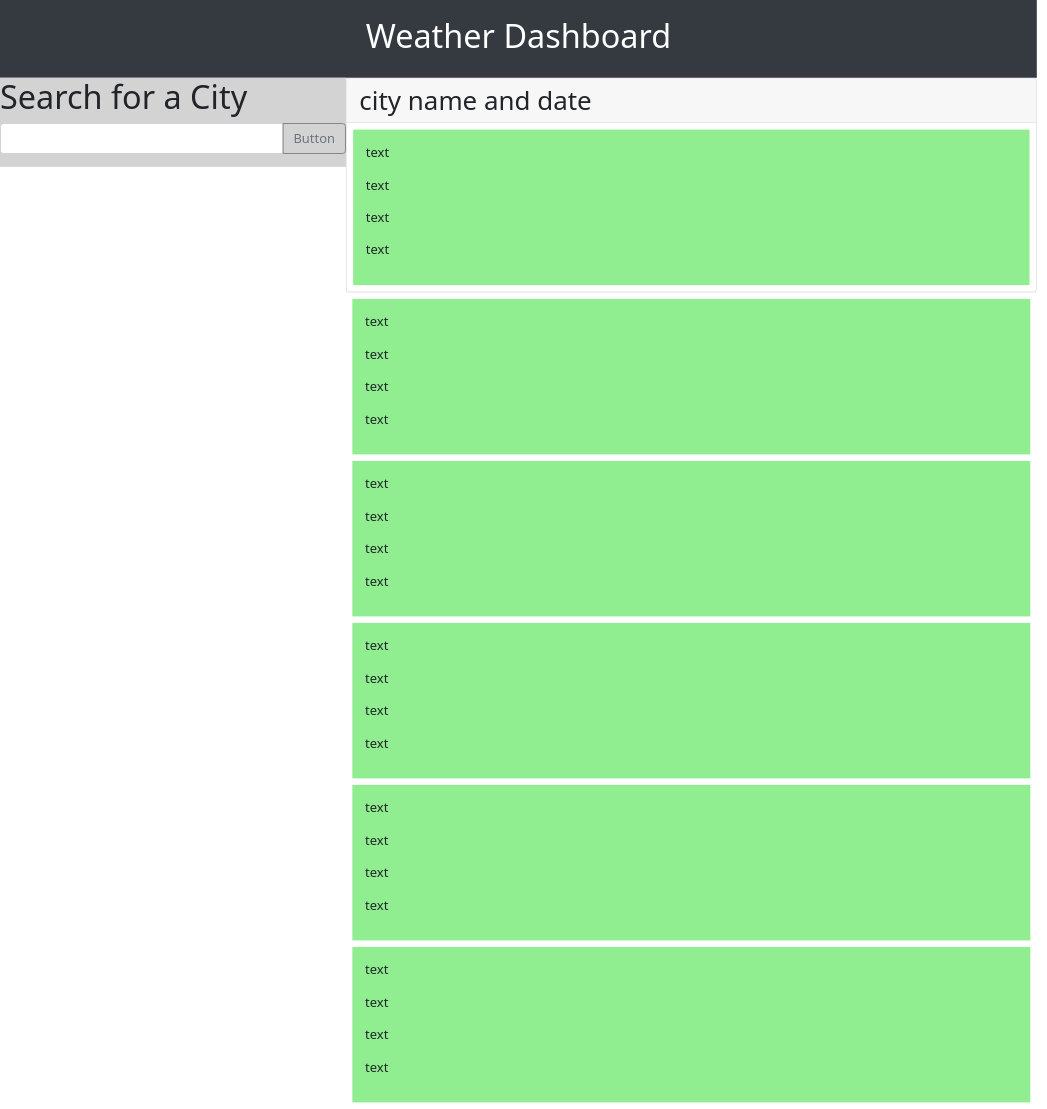
Repository: ziffoit/Weather_Dashboard
Page: index.html
An editor plug-in stored every save of this project. The page is shown before and after the next save, followed by the edit.
The browser window is 1280 px wide. The page is 1280 px wide, then 1292 px, then 1280 px, so the pictures cover 1292 px, including what lies to the right of the window. The pictures show the whole page, at 81% of full size.

Above is the page before, as saved 2021-03-25 15:03:50.

### index.html
<!DOCTYPE html>
<html lang="en">
  <head>
    <meta charset="UTF-8" />
    <meta name="viewport" content="width=device-width, initial-scale=1.0" />
    <link
      href="https://cdn.jsdelivr.net/npm/bootstrap@5.0.0-beta3/dist/css/bootstrap.min.css"
      rel="stylesheet"
      integrity="sha384-eOJMYsd53ii+scO/bJGFsiCZc+5NDVN2yr8+0RDqr0Ql0h+rP48ckxlpbzKgwra6"
      crossorigin="anonymous"
    />
    <link rel="stylesheet" href="./Assets/style.css" />
    <title>Document</title>
  </head>
  <body>
    <header id="header">
      <h1>Weather Dashboard</h1>
    </header>
    <aside class="col-md-4">
      <h1>Search for a City</h1>
      <div class="input-group mb-3">
        <input type="text" class="form-control" />
        <button
          class="btn btn-outline-secondary"
          type="button"
          id="button-addon2"
        >
          Button
        </button>
      </div>
      <div></div>
    </aside>
    <section class="col-lg-8" id="main">
        <div class="card">
          <h2 class="card-header">city name and date</h5>
          <div class="card-body">
            <p>text</p>
            <p>text</p>
            <p>text</p>
            <p>text</p>
          </div>
        </div>
        <section>
          <div class="card-body">
            <p>text</p>
            <p>text</p>
            <p>text</p>
            <p>text</p>
          </div>
          <div class="card-body">
            <p>text</p>
            <p>text</p>
            <p>text</p>
            <p>text</p>
          </div>
          <div class="card-body">
            <p>text</p>
            <p>text</p>
            <p>text</p>
            <p>text</p>
          </div>
          <div class="card-body">
            <p>text</p>
            <p>text</p>
            <p>text</p>
            <p>text</p>
          </div>
          <div class="card-body">
            <p>text</p>
            <p>text</p>
            <p>text</p>
            <p>text</p>
          </div>
        </section>
    </section>
  </body>
</html>

### Assets/style.css
#header {
  text-align: center;
  background-color: #343a40;
  padding: 20px;
}

header > h1 {
  color: white;
}

aside {
  background-color: lightgray;
  float: left;
}

#main {
  float: right;
}

.card-body {
  background-color: lightgreen;
  margin: 8px;
}

After the next save:
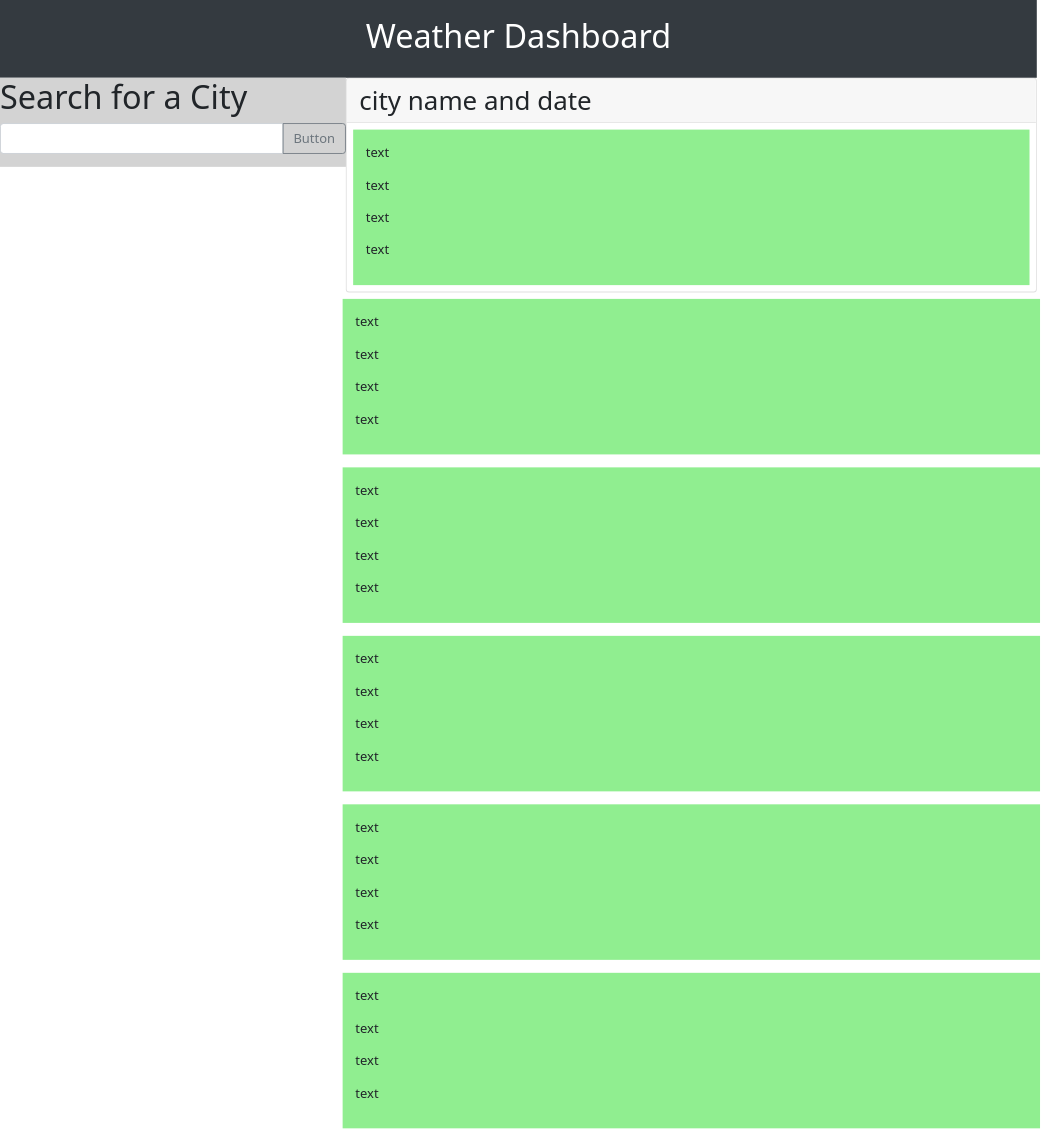
Saved 5 min 34 s later.
--- a/index.html
+++ b/index.html
@@ -40,7 +40,7 @@
             <p>text</p>
           </div>
         </div>
-        <section>
+        <section class="row">
           <div class="card-body">
             <p>text</p>
             <p>text</p>

After the save that followed:
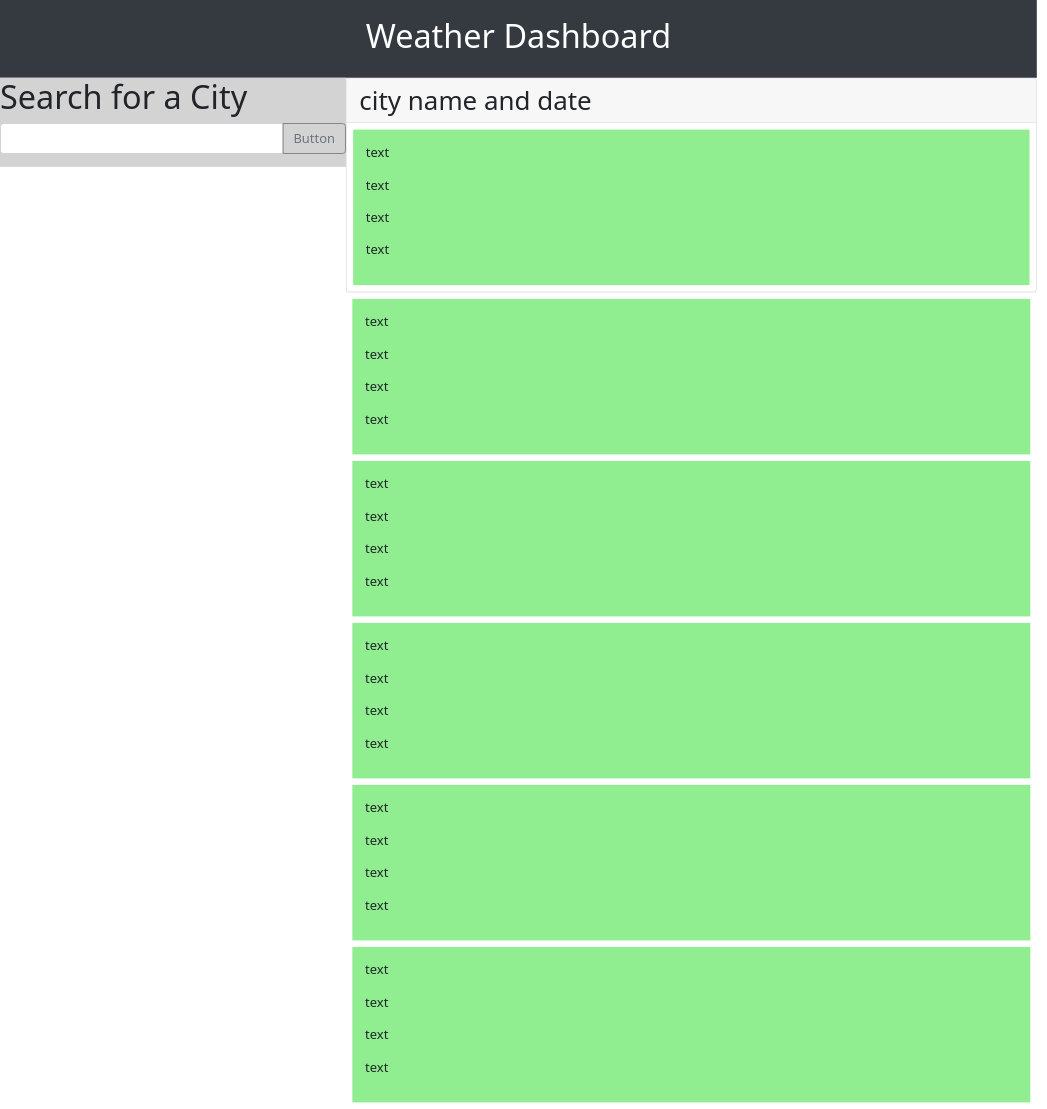
Saved 103 s later.
--- a/index.html
+++ b/index.html
@@ -40,7 +40,7 @@
             <p>text</p>
           </div>
         </div>
-        <section class="row">
+        <section class="row-col-5">
           <div class="card-body">
             <p>text</p>
             <p>text</p>
